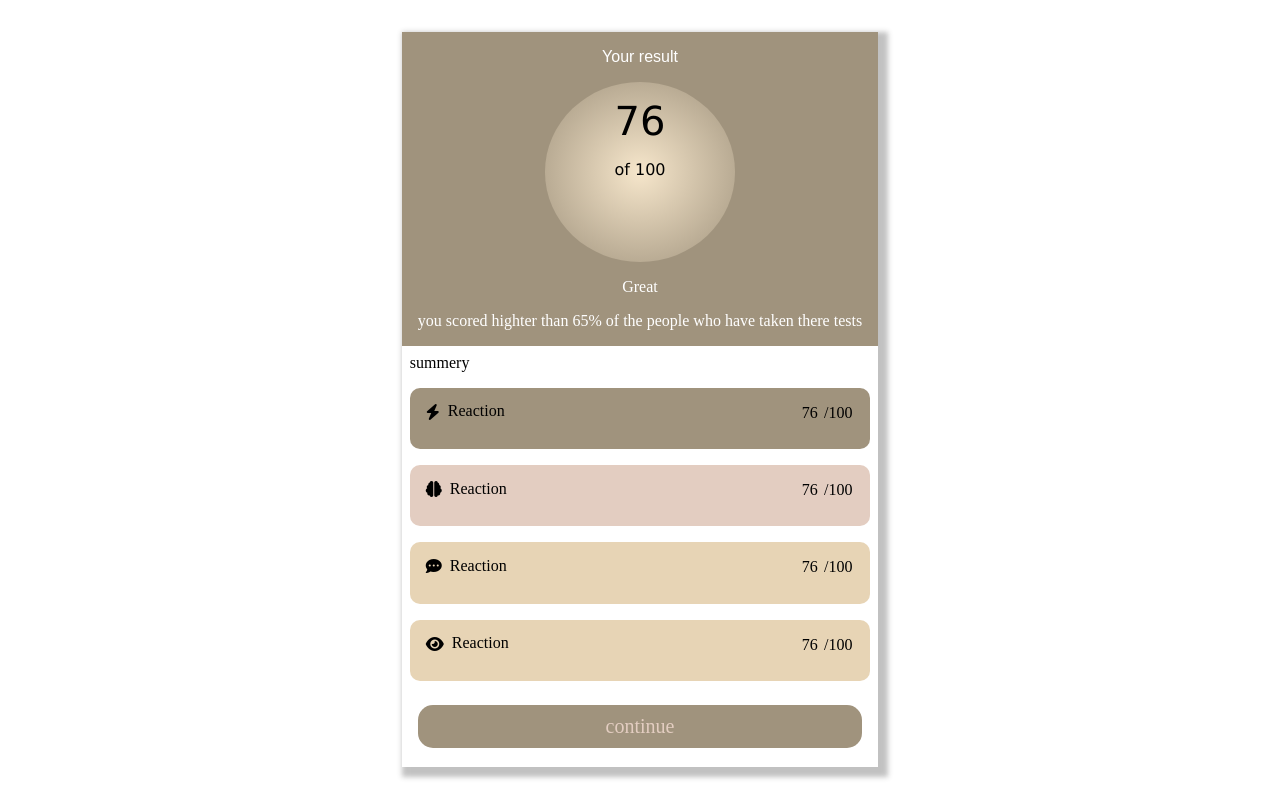
Repository: rahanwz/Card2-raha
Page: card2.html
The author's editor kept a copy of each file at every save. The page is drawn from the files as they stood at one save, then again after a run of saves.
The browser window is 1280 px wide. The pictures show the whole page.
Some web fonts or font styles are not loaded; a fallback is used. Some web libraries are served in a nearby version.

Above is the page before, as saved 2024-02-21 16:24:27.

After the next 2 saves:
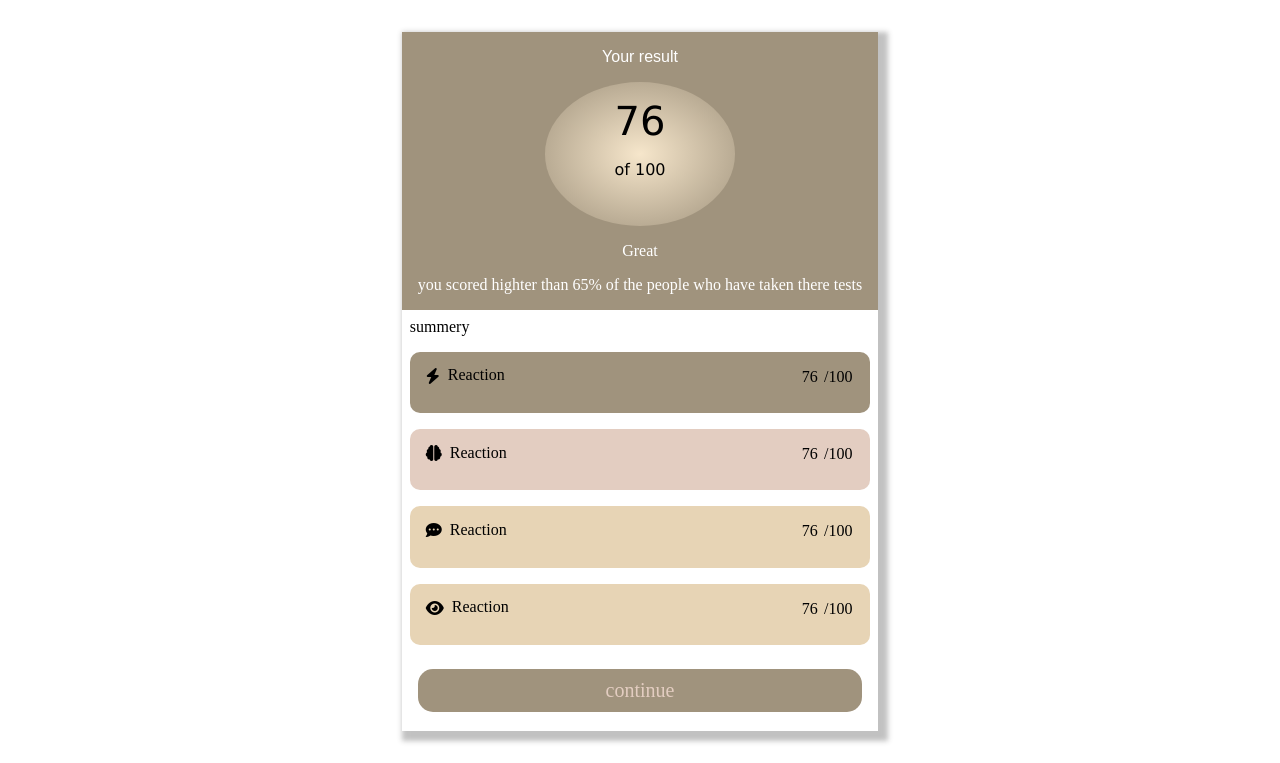
The 2 saves are shown as one change because they came seconds apart.
The last was saved 13 s later.
--- a/card2.css
+++ b/card2.css
@@ -28,7 +28,7 @@ body {
 }
 
 .present {
-  height:25vh;
+  height:20vh;
   width: 40%;
   border-radius: 100%;
   background: radial-gradient(#f6e6cb, #a0937d);
